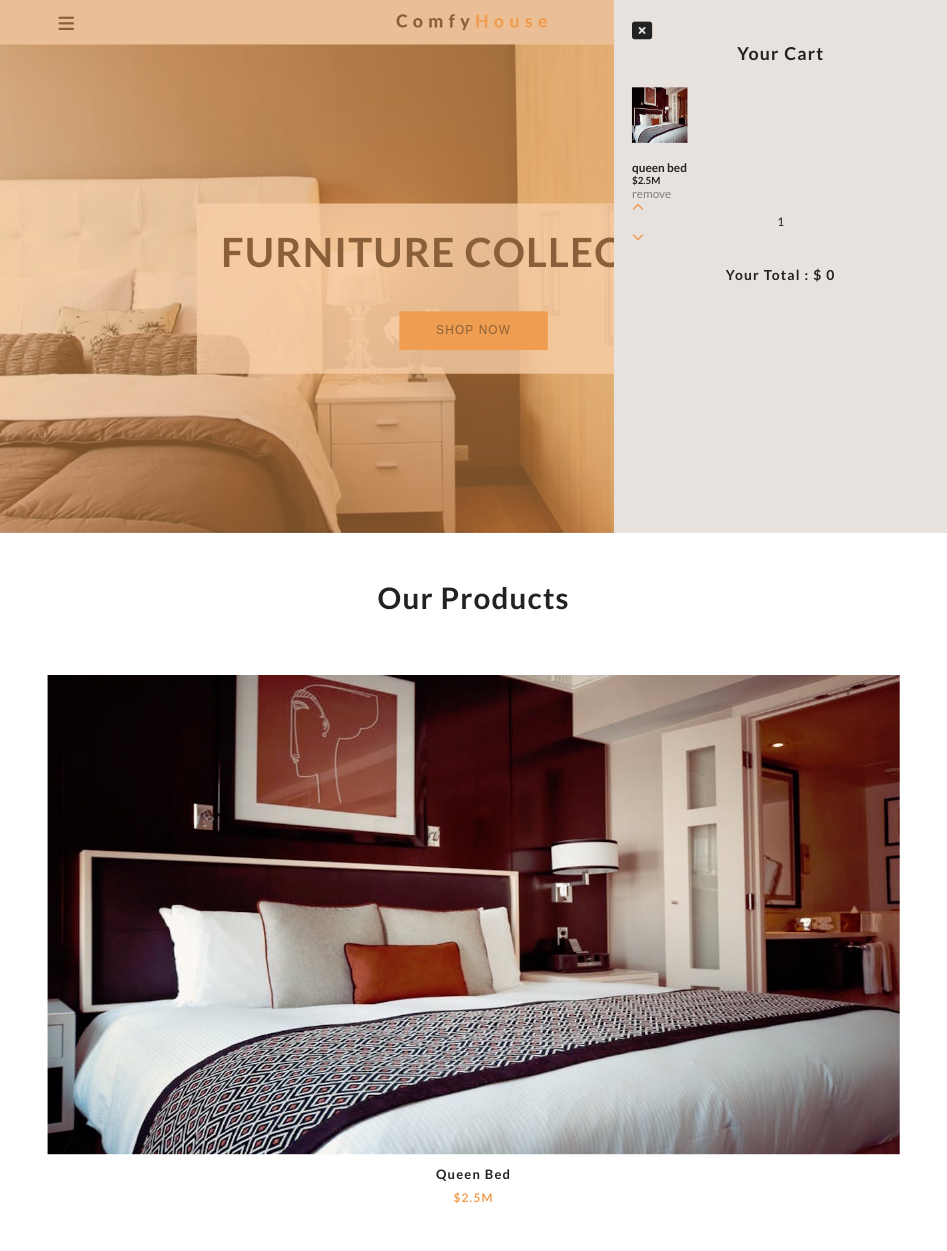
Repository: MohammadMazloum123/E-Commerce-Project
Page: images/index.html
The author's editor kept a copy of each file at every save. The page is drawn from the files as they stood at one save, then again after a run of saves.
The browser window is 1280 px wide. The pictures show the whole page, at 74% of full size.
Some web libraries are served in a nearby version.

Above is the page before, as saved 2024-02-18 14:17:20.

After the next 2 saves:
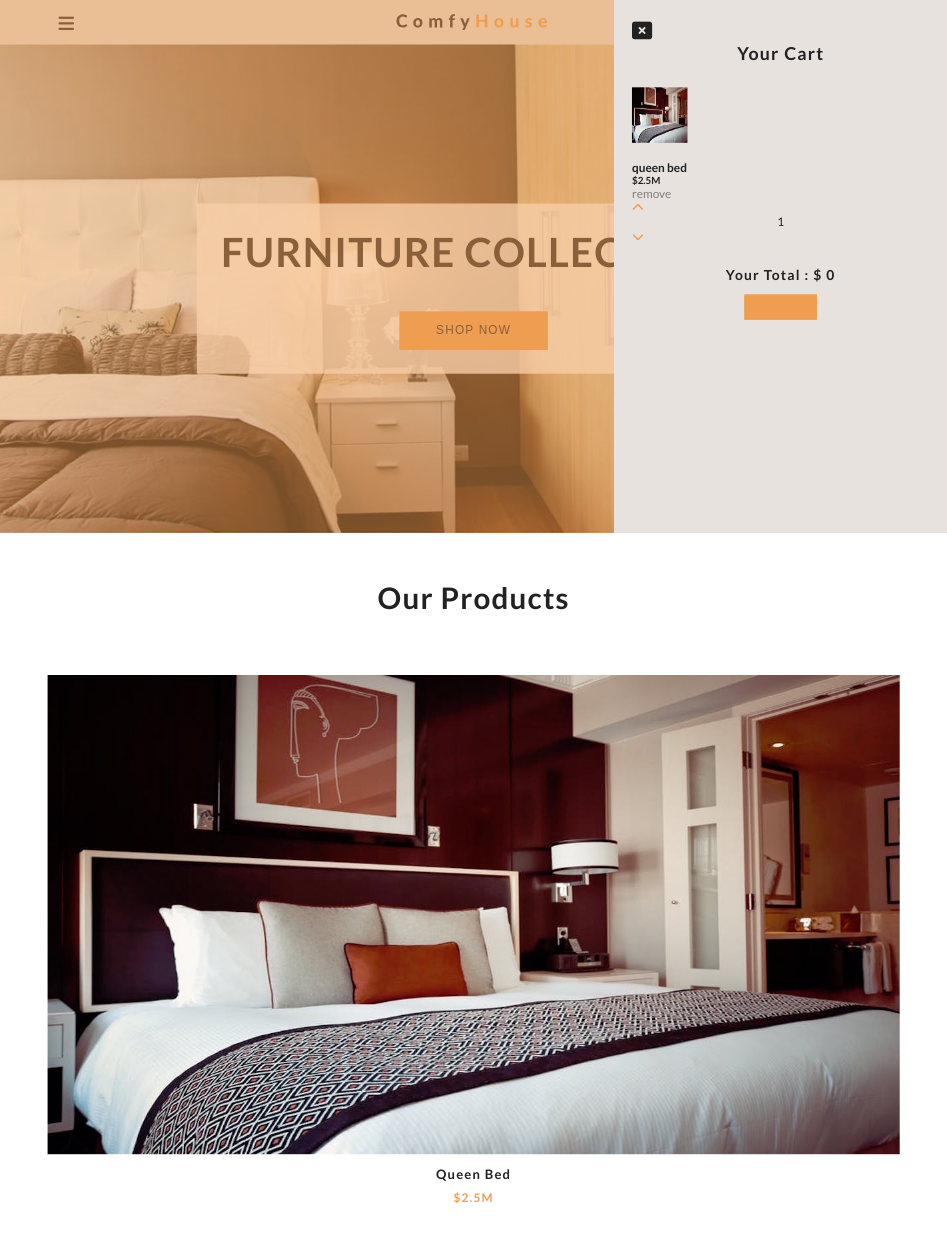
The 2 saves are shown as one change because they came seconds apart.
The last was saved 28 s later.
--- a/images/index.html
+++ b/images/index.html
@@ -79,6 +79,7 @@
             </div>
             <div class="cart-footer">
                 <h3>your total : $ <span class="cart-total">0</span></h3>
+                <button class="clear-cart banner-btn"></button>
             </div>
         </div>
     </div>
